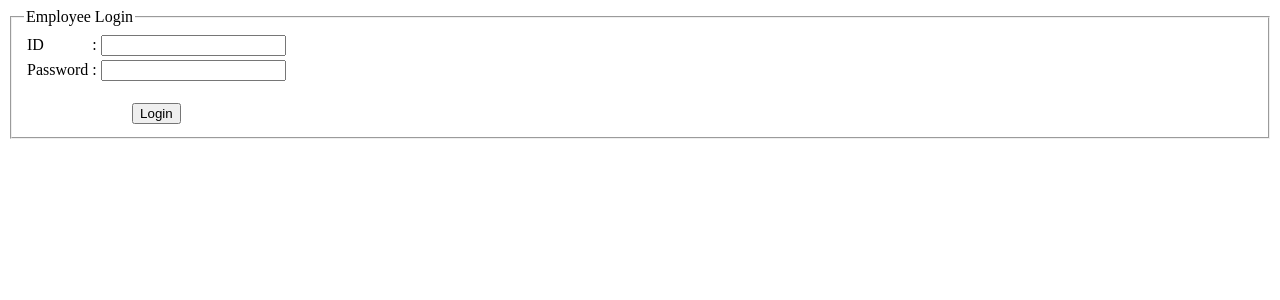
Repository: anishhegde14/TY_CG_HTD_BangaloreNovember_JFS_ANISHHEGDE
Page: http://localhost/mywebapp/loginForm
An editor plug-in stored every save of this project. The page is shown before and after the next save, followed by the edit.
The browser window is 1280 px wide. The pictures show the whole page.
The page is served by Tomcat 9.

Above is the page before, as saved 2019-12-17 13:12:17.

After the next save:
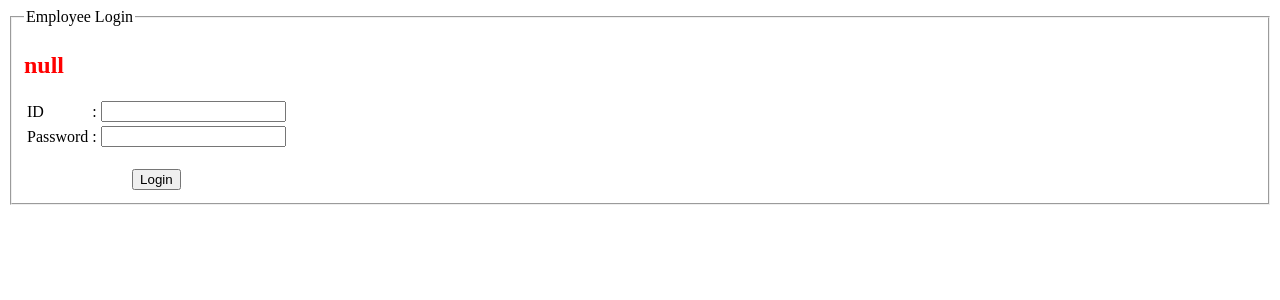
Saved 2 min 3 s later.
--- a/ServletsandSprings/mywebapp/src/main/webapp/loginFormJsp.jsp
+++ b/ServletsandSprings/mywebapp/src/main/webapp/loginFormJsp.jsp
@@ -9,7 +9,7 @@
 </head>
 <body>
 	<fieldset>
-
+	<h2 style='color:red'><%=msg%></h2>
 		<legend>Employee Login</legend>
 		<form action="./login2" method="post">
 			<table>
